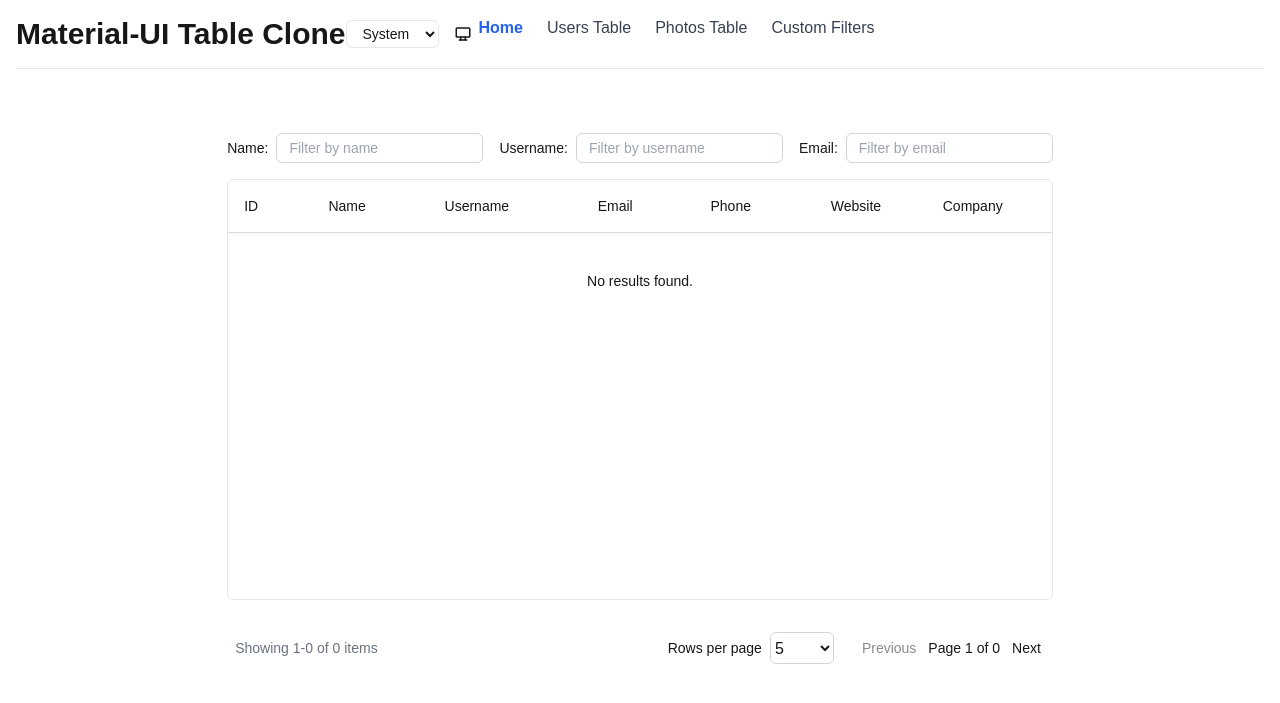
Repository: Dvirco1234/mini-mui-table
Page: /
These files come from the project's save history. The page is drawn as it stood at one moment and after the next save; the edit follows.
The browser window is 1280 px wide. The pictures show the whole page.
The page's requests for data from a server got no answer. The project was rebuilt for these pictures with package versions that can differ from the ones it lists, and the page was loaded fresh each time. The framework's server and built-in components were replaced by stand-ins that run in the browser. No one was signed in, and anything a server would have sent is missing. Also part of the build but not shown: next.config.ts.

Above is the page before, as saved 2025-03-03 22:04:03.

### src/app/layout.tsx
import type { Metadata } from "next";
import { Geist, Geist_Mono } from "next/font/google";
import "./globals.css";
import { ThemeProvider } from "@/components/theme/ThemeProvider";
import { Navigation } from "@/components/layout/Navigation";

const geistSans = Geist({
  variable: "--font-geist-sans",
  subsets: ["latin"],
});

const geistMono = Geist_Mono({
  variable: "--font-geist-mono",
  subsets: ["latin"],
});

export const metadata: Metadata = {
  title: "Create Next App",
  description: "Generated by create next app",
};

export default function RootLayout({
  children,
}: Readonly<{
  children: React.ReactNode;
}>) {
  return (
    <html lang="en" className="h-screen overflow-hidden">
      <body
        className={`${geistSans.variable} ${geistMono.variable} antialiased h-full max-h-screen`}
      >
        <ThemeProvider defaultTheme="system" storageKey="mini-mui-table-theme">
          <main className="h-screen">
            <div className="px-4 h-full flex flex-col">
              <Navigation />
              {children}
            </div>
          </main>
        </ThemeProvider>
      </body>
    </html>
  );
}

### src/app/page.tsx
import { ThemeToggle } from "@/components/theme/ThemeToggle";
import { UserTable } from "@/components/demo/UserTable";
import { CustomFiltersDemo } from "@/components/demo/CustomFiltersDemo";

export default function Home() {
  return (
    <div className="mx-auto py-10 px-4 h-full flex flex-col">
      {/* <div className="flex justify-between items-center mb-8">
        <h1 className="text-3xl font-bold">Material-UI Table Clone</h1>
        <ThemeToggle />
      </div> */}
      <UserTable />
      {/* <CustomFiltersDemo /> */}
    </div>
  );
}

### src/components/theme/ThemeProvider.tsx
"use client";

import { createContext, useContext, useEffect, useState } from "react";

export type Theme = "dark" | "light" | "system";

type ThemeProviderProps = {
  children: React.ReactNode;
  defaultTheme?: Theme;
  storageKey?: string;
};

type ThemeProviderState = {
  theme: Theme;
  setTheme: (theme: Theme) => void;
};

const initialState: ThemeProviderState = {
  theme: "system",
  setTheme: () => null,
};

const ThemeProviderContext = createContext<ThemeProviderState>(initialState);

export function ThemeProvider({
  children,
  defaultTheme = "system",
  storageKey = "mini-mui-table-theme",
  ...props
}: ThemeProviderProps) {
  const [theme, setTheme] = useState<Theme>(defaultTheme);

  useEffect(() => {
    const savedTheme = localStorage.getItem(storageKey) as Theme | null;

    if (savedTheme) {
      setTheme(savedTheme);
    }
  }, [storageKey]);

  useEffect(() => {
    const root = window.document.documentElement;

    root.classList.remove("light", "dark");

    if (theme === "system") {
      const systemTheme = window.matchMedia("(prefers-color-scheme: dark)")
        .matches
        ? "dark"
        : "light";

      root.classList.add(systemTheme);
      return;
    }

    root.classList.add(theme);
  }, [theme]);

  const value = {
    theme,
    setTheme: (theme: Theme) => {
      localStorage.setItem(storageKey, theme);
      setTheme(theme);
    },
  };

  return (
    <ThemeProviderContext.Provider {...props} value={value}>
      {children}
    </ThemeProviderContext.Provider>
  );
}

export const useTheme = () => {
  const context = useContext(ThemeProviderContext);

  if (context === undefined) {
    throw new Error("useTheme must be used within a ThemeProvider");
  }

  return context;
};

### src/components/layout/Navigation.tsx
"use client";

import Link from "next/link";
import { usePathname } from "next/navigation";
import { ThemeToggle } from "@/components/theme/ThemeToggle";

const navItems = [
  { name: "Home", path: "/" },
  { name: "Users Table", path: "/users" },
  { name: "Photos Table", path: "/photos" },
  { name: "Custom Filters", path: "/custom-filters" },
];

export function Navigation() {
  const pathname = usePathname();

  return (
    <div className="w-full flex border-b py-4 mb-6">
      <div className="flex justify-between items-center ">
        <h1 className="text-3xl font-bold">Material-UI Table Clone</h1>
        <ThemeToggle />
      </div>

      <nav>
        <ul className="flex flex-wrap gap-6">
          {navItems.map((item) => (
            <li key={item.path}>
              <Link
                href={item.path}
                className={`text-base font-medium transition-colors hover:underline ${
                  pathname === item.path
                    ? "text-blue-600 dark:text-blue-400 font-semibold"
                    : "text-gray-700 hover:text-blue-600 dark:text-gray-300 dark:hover:text-blue-400"
                }`}
              >
                {item.name}
              </Link>
            </li>
          ))}
        </ul>
      </nav>
    </div>
  );
}

### src/components/demo/UserTable.tsx
"use client";

import { useState, useEffect } from "react";
import { Table } from "@/components/ui/table";
import { User, Column } from "@/types";
import { fetchUsers, FetchUsersParams } from "@/lib/api";

const columns: Column[] = [
  { id: "id", label: "ID", sortable: true },
  { id: "name", label: "Name", sortable: true, filterable: true },
  { id: "username", label: "Username", sortable: true, filterable: true },
  { id: "email", label: "Email", sortable: true, filterable: true },
  { id: "phone", label: "Phone", sortable: true },
  {
    id: "website",
    label: "Website",
    render: (row: User) => (
      <a
        href={`https://${row.website}`}
        target="_blank"
        rel="noopener noreferrer"
        className="text-blue-600 hover:underline"
      >
        {row.website}
      </a>
    ),
  },
  {
    id: "company",
    label: "Company",
    render: (row: User) => row.company.name,
  },
];

export function UserTable() {
  // State for table data and controls
  const [data, setData] = useState<User[]>([]);
  const [loading, setLoading] = useState(true);
  const [totalItems, setTotalItems] = useState(0);

  // Pagination state
  const [currentPage, setCurrentPage] = useState(1);
  const [pageSize, setPageSize] = useState(5);

  // Sorting state
  const [sortField, setSortField] = useState<string | undefined>(undefined);
  const [sortOrder, setSortOrder] = useState<"asc" | "desc" | "none">("asc");

  // Filtering state
  const [filters, setFilters] = useState<Record<string, string>>({});

  // Fetch data when dependencies change
  useEffect(() => {
    const loadData = async () => {
      setLoading(true);
      try {
        const params: FetchUsersParams = {
          page: currentPage,
          limit: pageSize,
          sort: sortField,
          order: sortOrder,
          filter: filters,
        };
        const { users, total } = await fetchUsers(params);
        setData(users);
        setTotalItems(total);
      } catch (error) {
        console.error("Error loading data:", error);
      } finally {
        setLoading(false);
      }
    };

    loadData();
  }, [currentPage, pageSize, sortField, sortOrder, filters]);

  // Handle page change
  const handlePageChange = (page: number) => {
    setCurrentPage(page);
  };

  // Handle page size change
  const handlePageSizeChange = (size: number) => {
    setPageSize(size);
    setCurrentPage(1); // Reset to first page when changing page size
  };

  // Handle sorting
  const handleSort = (field: string, order?: "asc" | "desc") => {
    if (!field) {
      // Clear sorting
      setSortField(undefined);
      setSortOrder("none");
    } else if (order) {
      // Set specific order
      setSortField(field);
      setSortOrder(order);
    } else {
      // Toggle order
      if (sortField === field) {
        setSortOrder(sortOrder === "asc" ? "desc" : "none");
        if (sortOrder === "desc") {
          setSortField(undefined);
        }
      } else {
        setSortField(field);
        setSortOrder("asc");
      }
    }
  };

  // Handle filtering
  const handleFilterChange = (field: string, value: string) => {
    setFilters((prev) => ({
      ...prev,
      [field]: value,
    }));
    setCurrentPage(1); // Reset to first page when applying filters
  };

  return (
    <Table<User>
      data={data}
      columns={columns}
      loading={loading}
      // Pagination
      currentPage={currentPage}
      pageSize={pageSize}
      totalItems={totalItems}
      onPageChange={handlePageChange}
      onPageSizeChange={handlePageSizeChange}
      // Sorting
      sortField={sortField}
      sortOrder={sortOrder}
      onSort={handleSort}
      // Filter
      filters={filters}
      onFilterChange={handleFilterChange}
      bordered={true}
      slots={{}}
    />
  );
}

### src/components/theme/ThemeToggle.tsx
"use client";

import { Theme, useTheme } from "./ThemeProvider";
import { IconMoon, IconSun, IconDeviceDesktop } from "@tabler/icons-react";

export function ThemeToggle() {
  const { theme, setTheme } = useTheme();

  return (
    <div className="flex items-center space-x-2">
      <select
        value={theme}
        onChange={(e: React.ChangeEvent<HTMLSelectElement>) =>
          setTheme(e.target.value as Theme)
        }
        className="bg-background border focus:ring-0 rounded-md px-3 py-1 text-sm focus:outline-none focus:ring-2 focus:ring-primary"
      >
        <option value="light">Light</option>
        <option value="dark">Dark</option>
        <option value="system">System</option>
      </select>

      <div className="flex items-center justify-center w-8 h-8">
        {theme === "light" && <IconSun size={18} />}
        {theme === "dark" && <IconMoon size={18} />}
        {theme === "system" && <IconDeviceDesktop size={18} />}
      </div>
    </div>
  );
}

### src/components/ui/table/index.ts
export * from './Table';
export * from './TableHead';
export * from './TableBody';
export * from './TableRow';
export * from './TableCell';
export * from './TablePagination';
export * from './TableFilters';
export * from './TableSorters';

### src/lib/api.ts
import { User } from '@/types';

export interface FetchUsersParams {
  page?: number;
  limit?: number;
  sort?: string;
  order?: 'asc' | 'desc' | 'none';
  filter?: Record<string, string>;
}

export async function fetchUsers({
  page = 1,
  limit = 100,
  sort,
  order = 'asc',
  filter,
}: FetchUsersParams = {}): Promise<{ users: User[]; total: number }> {
  let url = `https://jsonplaceholder.typicode.com/users?_page=${page}&_limit=${limit}`;

  if (sort && order !== 'none') {
    url += `&_sort=${sort}&_order=${order}`;
  }

  if (filter) {
    Object.entries(filter).forEach(([key, value]) => {
      if (value) {
        url += `&${key}_like=${value}`;
      }
    });
  }

  const response = await fetch(url);
  const total = Number(response.headers.get('x-total-count') || '0');
  const users = await response.json();

  return { users, total };
}

### src/components/ui/table/TableHead.tsx
import React, { forwardRef } from 'react';
import { cn } from '@/lib/utils';

export interface TableHeadProps extends React.HTMLAttributes<HTMLTableSectionElement> {
  children: React.ReactNode;
}

const TableHead = forwardRef<HTMLTableSectionElement, TableHeadProps>(
  ({ className, ...props }, ref) => {
    return (
      <thead
        ref={ref}
        className={cn("shadow-sm sticky top-0 bg-background", className)}
        {...props}
      />
    );
  }
);

TableHead.displayName = "TableHead";

export { TableHead };

### src/components/ui/table/TableBody.tsx
import React, { forwardRef } from 'react';
import { cn } from '@/lib/utils';

export interface TableBodyProps extends React.HTMLAttributes<HTMLTableSectionElement> {
  children: React.ReactNode;
}

const TableBody = forwardRef<HTMLTableSectionElement, TableBodyProps>(
  ({ className, ...props }, ref) => {
    return (
      <tbody
        ref={ref}
        className={cn("[&_tr:last-child]:border-0", className)}
        {...props}
      />
    );
  }
);

TableBody.displayName = "TableBody";

export { TableBody };

### src/components/ui/table/TableRow.tsx
import React, { forwardRef } from "react";
import { cn } from "@/lib/utils";

export interface TableRowProps
  extends React.HTMLAttributes<HTMLTableRowElement> {
  children: React.ReactNode;
  rowHeight?: number | string;
}

const TableRow = forwardRef<HTMLTableRowElement, TableRowProps>(
  ({ className, rowHeight, ...props }, ref) => {
    return (
      <tr
        ref={ref}
        className={cn(
          "border-b transition-colors hover:bg-muted/50 data-[state=selected]:bg-muted",
          className
        )}
        style={{
          height: rowHeight ? (typeof rowHeight === 'number' ? `${rowHeight}px` : rowHeight) : 'auto'
        }}
        {...props}
      />
    );
  }
);

TableRow.displayName = "TableRow";

export { TableRow };

### src/components/ui/table/TableCell.tsx
import React, { forwardRef } from 'react';
import { cn } from '@/lib/utils';

export interface TableCellProps extends React.TdHTMLAttributes<HTMLTableCellElement> {
  children: React.ReactNode;
}

const TableCell = forwardRef<HTMLTableCellElement, TableCellProps>(
  ({ className, ...props }, ref) => {
    return (
      <td
        ref={ref}
        className={cn("p-4 align-middle [&:has([role=checkbox])]:pr-0 group", className)}
        {...props}
      />
    );
  }
);

TableCell.displayName = "TableCell";

export { TableCell };

### src/components/ui/table/TablePagination.tsx
import React from 'react';
import { cn } from '@/lib/utils';

export interface TablePaginationProps {
  currentPage: number;
  totalPages: number;
  pageSize: number;
  totalItems: number;
  onPageChange: (page: number) => void;
  onPageSizeChange?: (pageSize: number) => void;
  pageSizeOptions?: number[];
  className?: string;
}

const TablePagination: React.FC<TablePaginationProps> = ({
  currentPage,
  totalPages,
  pageSize,
  totalItems,
  onPageChange,
  onPageSizeChange,
  pageSizeOptions = [5, 10, 25, 50],
  className,
}) => {
  const startItem = (currentPage - 1) * pageSize + 1;
  const endItem = Math.min(currentPage * pageSize, totalItems);

  return (
    <div className={cn("flex items-center justify-between px-2 py-4", className)}>
      <div className="text-sm text-gray-500">
        Showing {startItem}-{endItem} of {totalItems} items
      </div>
      <div className="flex items-center space-x-6">
        <div className="flex items-center space-x-2">
          <p className="text-sm font-medium">Rows per page</p>
          <select
            className="h-8 w-16 rounded-md border border-gray-300 bg-background outline-none focus:border-blue-500 focus:dark:border-white"
            value={pageSize}
            onChange={(e) => onPageSizeChange?.(Number(e.target.value))}
          >
            {pageSizeOptions.map((option) => (
              <option key={option} value={option}>
                {option}
              </option>
            ))}
          </select>
        </div>
        <div className="flex items-center space-x-2">
          <button
            className="inline-flex items-center justify-center rounded-md p-1 text-sm font-medium transition-colors hover:bg-gray-100 disabled:opacity-50"
            onClick={() => onPageChange(currentPage - 1)}
            disabled={currentPage === 1}
          >
            Previous
          </button>
          <div className="text-sm font-medium">
            Page {currentPage} of {totalPages}
          </div>
          <button
            className="inline-flex items-center justify-center rounded-md p-1 text-sm font-medium transition-colors hover:bg-gray-100 disabled:opacity-50"
            onClick={() => onPageChange(currentPage + 1)}
            disabled={currentPage === totalPages}
          >
            Next
          </button>
        </div>
      </div>
    </div>
  );
};

export { TablePagination };

### src/components/ui/table/TableFilters.tsx
import React from 'react';
import { cn } from '@/lib/utils';
import { Column } from '@/types';

export interface TableFiltersProps {
  columns: Column[];
  filters: Record<string, string>;
  onFilterChange: (field: string, value: string) => void;
  className?: string;
}

/**
 * TableFilters component that renders a set of filters for each filterable column.
 * Currently only supports text-based filtering.
 */
const TableFilters: React.FC<TableFiltersProps> = ({
  columns,
  filters,
  onFilterChange,
  className,
}) => {
  const filterableColumns = columns.filter(column => column.filterable);

  if (filterableColumns.length === 0) {
    return null;
  }

  return (
    <div className={cn("flex flex-wrap gap-4 mb-4", className)}>
      {filterableColumns.map(column => (
        <div key={`filter-${column.id}`} className="flex items-center">
          <label htmlFor={`filter-${column.id}`} className="mr-2 text-sm font-medium">
            {column.label}:
          </label>
          <input
            id={`filter-${column.id}`}
            type="text"
            className="rounded-md border bg-background outline-none border-gray-300 focus:border-blue-500 focus:dark:border-white px-3 py-1 text-sm"
            value={filters[column.id] || ''}
            onChange={(e) => onFilterChange(column.id, e.target.value)}
            placeholder={`Filter by ${column.label.toLowerCase()}`}
          />
        </div>
      ))}
    </div>
  );
};

export { TableFilters };

### src/components/ui/table/TableSorters.tsx
import React from 'react';
import { cn } from '@/lib/utils';
import { Column } from '@/types';
import { IconArrowUp, IconArrowDown } from '@tabler/icons-react';

export interface TableSortersProps {
  column: Column;
  sortField?: string;
  sortOrder: 'asc' | 'desc' | 'none';
  onSort: (field: string, order?: 'asc' | 'desc') => void;
  className?: string;
}

const TableSorters: React.FC<TableSortersProps> = ({
  column,
  sortField,
  sortOrder,
  onSort,
  className,
}) => {
  if (!column.sortable) {
    return <span className={className}>{column.label}</span>;
  }

  const handleSort = () => {
    if (sortField !== column.id) {
      // First click - sort ascending
      onSort(column.id, 'asc');
    } else if (sortOrder === 'asc') {
      // Second click - sort descending
      onSort(column.id, 'desc');
    } else {
      // Third click - clear sorting
      onSort('');
    }
  };

  const isActive = sortField === column.id;

  return (
    <div
      className={cn(
        "w-full h-full flex items-center justify-between cursor-pointer",
        className
      )}
      onClick={handleSort}
    >
      <span>{column.label}</span>
      <div className="flex items-center">
        {isActive ? (
          sortOrder === 'asc' ? (
            <IconArrowUp size={16} className="text-primary" />
          ) : (
            <IconArrowDown size={16} className="text-primary" />
          )
        ) : (
          <IconArrowUp size={16} className="text-muted-foreground opacity-0 group-hover:opacity-100 transition-opacity" />
        )}
      </div>
    </div>
  );
};

export { TableSorters };

### tailwind.config.ts
import type { Config } from 'tailwindcss';

const config: Config = {
  darkMode: 'class',
  content: [
    './src/pages/**/*.{js,ts,jsx,tsx,mdx}',
    './src/components/**/*.{js,ts,jsx,tsx,mdx}',
    './src/app/**/*.{js,ts,jsx,tsx,mdx}',
  ],
  theme: {
    extend: {
      colors: {
        background: 'var(--background)',
        foreground: 'var(--foreground)',
        border: {
          DEFAULT: 'hsl(var(--border))',
        },
        input: {
          DEFAULT: 'hsl(var(--input))',
        },
        ring: {
          DEFAULT: 'hsl(var(--ring))',
        },
        muted: {
          DEFAULT: 'hsl(var(--muted))',
          foreground: 'hsl(var(--muted-foreground))',
        },
        accent: {
          DEFAULT: 'hsl(var(--accent))',
          foreground: 'hsl(var(--accent-foreground))',
        },
        primary: {
          DEFAULT: 'hsl(var(--primary))',
          foreground: 'hsl(var(--primary-foreground))',
        },
        secondary: {
          DEFAULT: 'hsl(var(--secondary))',
          foreground: 'hsl(var(--secondary-foreground))',
        },
        destructive: {
          DEFAULT: 'hsl(var(--destructive))',
          foreground: 'hsl(var(--destructive-foreground))',
        },
        card: {
          DEFAULT: 'hsl(var(--card))',
          foreground: 'hsl(var(--card-foreground))',
        },
      },
      fontFamily: {
        sans: ['var(--font-geist-sans)'],
        mono: ['var(--font-geist-mono)'],
      },
    },
  },
  plugins: [],
};

export default config;

Loaded but not shown: src/app/globals.css (common file); src/lib/utils.ts (common file); src/components/ui/table/Table.tsx (225 lines, source omitted)

After the next save:
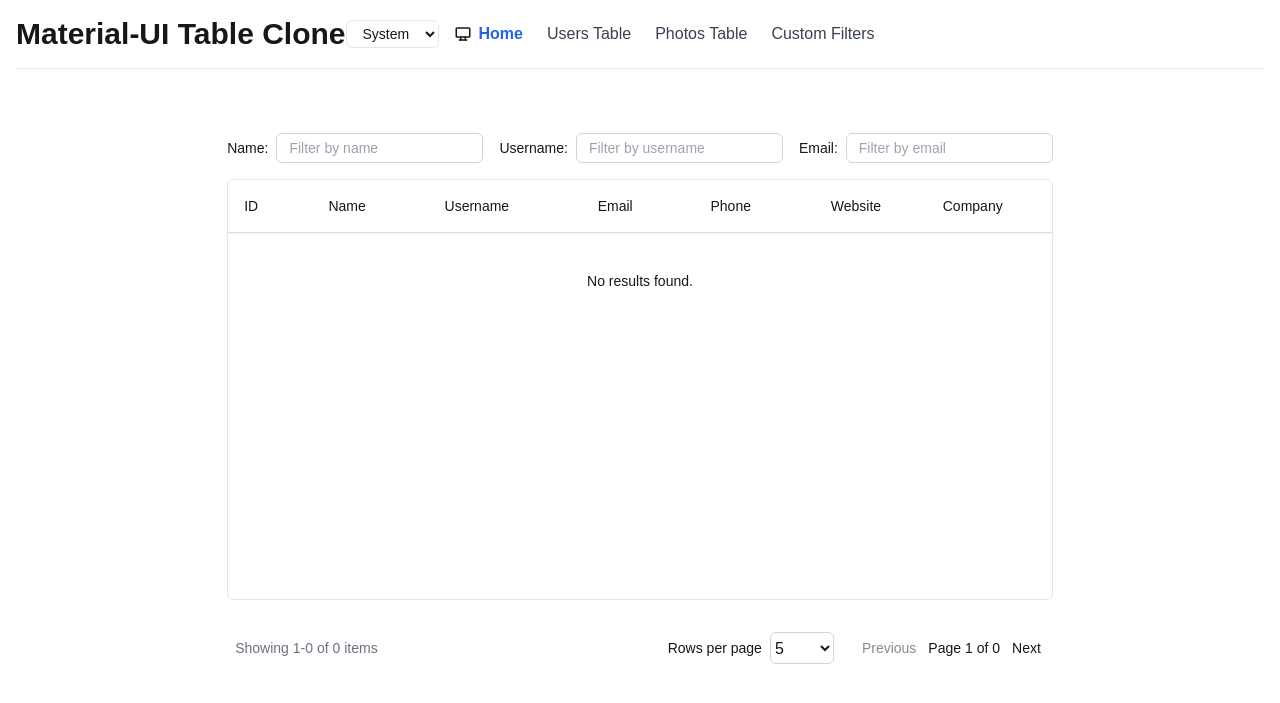
Saved 26 s later.
--- a/src/components/layout/Navigation.tsx
+++ b/src/components/layout/Navigation.tsx
@@ -21,7 +21,7 @@ export function Navigation() {
         <ThemeToggle />
       </div>
 
-      <nav>
+      <nav className="flex items-center ">
         <ul className="flex flex-wrap gap-6">
           {navItems.map((item) => (
             <li key={item.path}>
